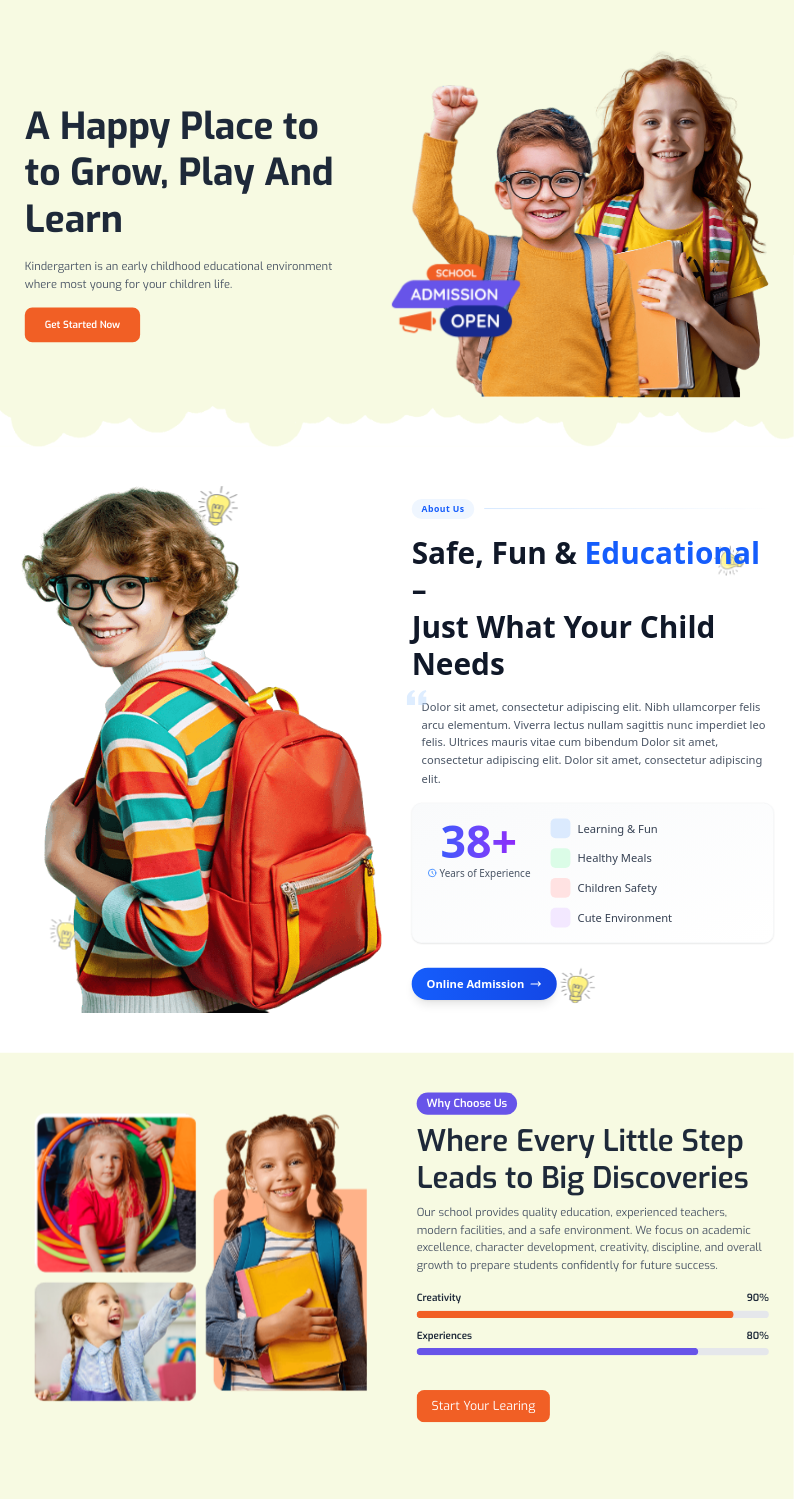
Repository: deepak445566/school
Page: / (app in okwork/)
These files come from the project's save history. The page is drawn as it stood at one moment and after a run of saves; the edit follows.
The browser window is 1280 px wide. The pictures show the whole page, at 62% of full size.
Some web fonts or font styles are not loaded; a fallback is used. The project was rebuilt for these pictures with package versions that can differ from the ones it lists, and the page was loaded fresh each time. Some packages were replaced by stand-ins written for this rebuild. Also part of the build but not shown: okwork/vite.config.js.

Above is the page before, as saved 2026-02-18 19:04:42.

### okwork/index.html
<!doctype html>
<html lang="en">
  <head>
    <meta charset="UTF-8" />
    <link rel="icon" type="image/svg+xml" href="/vite.svg" />
    <meta name="viewport" content="width=device-width, initial-scale=1.0" />
    <title>okwork</title>
    <link rel="preconnect" href="https://fonts.googleapis.com">
<link rel="preconnect" href="https://fonts.gstatic.com" crossorigin>
<link href="https://fonts.googleapis.com/css2?family=Abril+Fatface&family=Alan+Sans:wght@300..900&family=Big+Shoulders:opsz,wght@10..72,100..900&family=Exo+2:ital,wght@0,100..900;1,100..900&family=Exo:ital,wght@0,100..900;1,100..900&family=Montserrat:ital,wght@0,100..900;1,100..900&family=Orbitron:wght@400..900&family=Poppins:ital,wght@0,100;0,200;0,300;0,400;0,500;0,600;0,700;0,800;0,900;1,100;1,200;1,300;1,400;1,500;1,600;1,700;1,800;1,900&family=Prata&family=Rajdhani:wght@300;400;500;600;700&display=swap" rel="stylesheet">
  </head>
  <body>
    <div id="root"></div>
    <script type="module" src="/src/main.jsx"></script>
  </body>
</html>

### okwork/src/index.css
@import "tailwindcss";


.exo {
  font-family: "Exo", sans-serif;

  font-style: normal;
}

### okwork/src/App.jsx
import React from 'react'
import Home from './components/Home'
import About from './components/About'
import WhyChooseUs from './components/WhyChooseUs'

function App() {
  return (
    <>
    <Home/>
    <About/>
    <WhyChooseUs/>
    </>
  )
}

export default App

### okwork/src/components/Home.jsx
import React from "react";

const Home = () => {
  // Image URL - using a high-quality free image
  const imageUrl =
    "/images/hero1.png";
  const kalagiImageUrl = "/images/text.png";
  return (
    <div className="min-h-screen bg-[#F7FAE2] overflow-hidden exo relative ">
      {/* Main container - centered with responsive padding */}
      <div className="container mx-auto px-6 py-12 md:px-12 lg:px-10 min-h-screen flex items-center relative z-10">

        {/* Flex container: column on mobile, row on desktop */}
        <div className="flex flex-col md:flex-row items-center gap-12 lg:gap-5 w-full">

          {/* LEFT SECTION: 40% width */}
          <div className="w-full md:w-[45%] text-center md:text-left space-y-6 md:space-y-6">
            {/* Heading with gradient effect */}
            <h1 className="text-4xl text-gray-800 md:text-5xl lg:text-6xl font-bold leading-tight exo">
             A Happy Place to
              <br />
              <span className="text-gray-800">to Grow, Play And </span>
              <br />
              <span className="text-gray-800">   Learn</span>
            </h1>

            {/* Paragraph description */}
            <p className="text-lg md:text-lg text-gray-600 max-w-2xl mx-auto md:mx-0">
           Kindergarten is an early childhood educational environment where
most young for your children life.
            </p>

            {/* Button with hover effects */}
            <div className="flex justify-center md:justify-start">
              <button className="group relative px-8 py-4 bg-[#F15F25] text-white font-semibold rounded-xl float hover:shadow-xl hover:transform hover:-translate-y-1 transition-all duration-300 ease-in-out">
                <span className="relative z-10">Get Started Now</span>
              </button>
            </div>
          </div>

          {/* RIGHT SECTION: 60% width */}
          <div className="w-full md:w-[55%] flex justify-center md:justify-end">
            <div className="relative w-full max-w-md lg:max-w-xl ">
              {/* Main image */}
              <img
                src={imageUrl}
                alt="Team collaboration in modern workspace"
                className="relative z-10 w-full h-auto rounded-2xl object-cover "
              />
               <img
                src={kalagiImageUrl}
                alt="Decorative element"
                className="absolute bottom-0 left-7 lg:left-0 z-20 w-24 h-24 md:w-52 md:h-52 object-contain -translate-x-4 -translate-y-4 animate-bounce-slow"
              />
            </div>
          </div>
        </div>

      </div>
        <div className=" absolute bottom-0  z-1000">
          <img src="/images/hero-line.png" className="w-full"/>
        </div>

      {/* Add custom animation keyframes */}
       <style jsx>{`
        @keyframes blob {
          0% { transform: translate(0px, 0px) scale(1); }
          33% { transform: translate(30px, -50px) scale(1.1); }
          66% { transform: translate(-20px, 20px) scale(0.9); }
          100% { transform: translate(0px, 0px) scale(1); }
        }

        @keyframes float {
          0% {
            transform: translateY(0px);
          }
          50% {
            transform: translateY(-20px);
          }
          100% {
            transform: translateY(0px);
          }
        }

        @keyframes bounce-slow {
          0%, 100% {
            transform: translate(-1rem, -1rem) translateY(0);
          }
          50% {
            transform: translate(-1rem, -1rem) translateY(-20px);
          }
        }

        .animate-blob {
          animation: blob 7s infinite;
        }

        .animate-float {
          animation: float 6s ease-in-out infinite;
        }

        .animate-bounce-slow {
          animation: bounce-slow 4s ease-in-out infinite;
        }

        .animation-delay-2000 {
          animation-delay: 2s;
        }
      `}</style>
    </div>
  );
};

export default Home;

### okwork/src/components/About.jsx
import React from 'react';

// Import images at the top for easy path management


const About = () => {
  const bulbIcon =
    "/images/tubelight.png";
    const starIcon =
    "/images/tubelight.png";
    const aboutImage =
    "/images/about-1.png";
  return (
    <div className="max-w-7xl mx-auto px-4 sm:px-6 lg:px-8 py-12 md:py-16 relative">
      {/* Animated elements - increased size */}
      <div className="absolute top-20 left-1/4 animate-bounce">
        <img src={bulbIcon} alt="bulb" className="w-16 h-16 opacity-50" />
      </div>
      <div className="absolute bottom-20 right-1/4 animate-pulse">
        <img src={starIcon} alt="star" className="w-14 h-14 opacity-50" />
      </div>
      <div className="absolute top-40 right-20 animate-spin-slow">
        <img src={starIcon} alt="star" className="w-12 h-12 opacity-40" />
      </div>
      <div className="absolute bottom-40 left-20 animate-float">
        <img src={bulbIcon} alt="bulb" className="w-14 h-14 opacity-40" />
      </div>

      <div className="flex flex-col lg:flex-row gap-8 lg:gap-12 items-center relative z-10">
        {/* Left side - Image */}
        <div className="lg:w-1/2 w-full">
          <img
            src={aboutImage}
            alt="About Us"
            className="w-full h-auto rounded-lg object-cover "
          />
        </div>

        {/* Right side - Content */}
        <div className="lg:w-1/2 w-full space-y-6">
          {/* About Us Label with decorative line */}
          <div className="flex items-center gap-4">
            <span className="text-sm font-semibold text-blue-600 tracking-wider bg-blue-50 px-4 py-1.5 rounded-full">
              About Us
            </span>
            <div className="h-px flex-1 bg-gradient-to-r from-blue-200 to-transparent"></div>
          </div>

          {/* Main Heading */}
          <h1 className="font-helvetica text-4xl md:text-5xl font-bold text-gray-900 leading-tight">
            Safe, Fun & <span className="text-blue-600">Educational</span> –<br />
            Just What Your Child Needs
          </h1>

          {/* Description with quote icon */}
          <div className="relative">
            <svg className="absolute -top-4 -left-2 w-8 h-8 text-blue-200 opacity-50" fill="currentColor" viewBox="0 0 24 24">
              <path d="M14.017 21v-7.391c0-5.704 3.731-9.57 8.983-10.609l.995 2.151c-2.432.917-3.995 3.638-3.995 5.849h4v10h-9.983zm-14.017 0v-7.391c0-5.704 3.748-9.57 9-10.609l.996 2.151c-2.433.917-3.996 3.638-3.996 5.849h3.983v10h-9.983z" />
            </svg>
            <p className="text-gray-600 text-base md:text-lg leading-relaxed pl-4">
              Dolor sit amet, consectetur adipiscing elit. Nibh ullamcorper felis arcu elementum.
              Viverra lectus nullam sagittis nunc imperdiet leo felis. Ultrices mauris vitae cum
              bibendum Dolor sit amet, consectetur adipiscing elit. Dolor sit amet, consectetur
              adipiscing elit.
            </p>
          </div>

          {/* Stats and Features - Improved UI */}
          <div className="bg-gradient-to-br from-gray-50 to-white p-6 rounded-2xl border border-gray-100 shadow-sm">
            <div className="flex flex-wrap items-start gap-8">
              {/* Left side - 38+ Experience with improved styling */}
              <div className="flex-shrink-0 text-center">
                <div className="text-6xl md:text-7xl font-bold text-transparent bg-clip-text bg-gradient-to-r from-blue-600 to-purple-600">
                  38+
                </div>
                <div className="text-gray-600 mt-1 font-medium flex items-center gap-1">
                  <svg className="w-4 h-4 text-blue-500" fill="none" stroke="currentColor" viewBox="0 0 24 24">
                    <path strokeLinecap="round" strokeLinejoin="round" strokeWidth={2} d="M12 8v4l3 3m6-3a9 9 0 11-18 0 9 9 0 0118 0z" />
                  </svg>
                  Years of Experience
                </div>
              </div>

              {/* Right side - Features list with improved styling */}
              <div className="space-y-4 flex-1">
                {/* Learning & Fun */}
                <div className="flex items-center gap-3 group hover:translate-x-1 transition-transform duration-300">
                  <div className="w-8 h-8 bg-blue-100 rounded-lg flex items-center justify-center group-hover:bg-blue-200 transition-colors">

                  </div>
                  <span className="text-gray-700 text-lg font-medium">Learning & Fun</span>
                </div>

                {/* Healthy Meals */}
                <div className="flex items-center gap-3 group hover:translate-x-1 transition-transform duration-300">
                  <div className="w-8 h-8 bg-green-100 rounded-lg flex items-center justify-center group-hover:bg-green-200 transition-colors">

                  </div>
                  <span className="text-gray-700 text-lg font-medium">Healthy Meals</span>
                </div>

                {/* Children Safety */}
                <div className="flex items-center gap-3 group hover:translate-x-1 transition-transform duration-300">
                  <div className="w-8 h-8 bg-red-100 rounded-lg flex items-center justify-center group-hover:bg-red-200 transition-colors">

                  </div>
                  <span className="text-gray-700 text-lg font-medium">Children Safety</span>
                </div>

                {/* Cute Environment */}
                <div className="flex items-center gap-3 group hover:translate-x-1 transition-transform duration-300">
                  <div className="w-8 h-8 bg-purple-100 rounded-lg flex items-center justify-center group-hover:bg-purple-200 transition-colors">

                  </div>
                  <span className="text-gray-700 text-lg font-medium">Cute Environment</span>
                </div>
              </div>
            </div>
          </div>

          {/* Online Admission Link with improved styling */}
          <div className="pt-4">
            <a
              href="#"
              className="inline-flex items-center gap-2 text-lg font-semibold text-white bg-gradient-to-r from-blue-600 to-blue-700 hover:from-blue-700 hover:to-blue-800 px-6 py-3 rounded-full shadow-lg hover:shadow-xl transition-all duration-300 group"
            >
              Online Admission
              <svg className="w-5 h-5 group-hover:translate-x-1 transition-transform" fill="none" stroke="currentColor" viewBox="0 0 24 24">
                <path strokeLinecap="round" strokeLinejoin="round" strokeWidth={2} d="M17 8l4 4m0 0l-4 4m4-4H3" />
              </svg>
            </a>
          </div>
        </div>
      </div>

      {/* Add custom animations to your global CSS */}
      <style jsx>{`
        @keyframes spin-slow {
          from {
            transform: rotate(0deg);
          }
          to {
            transform: rotate(360deg);
          }
        }
        .animate-spin-slow {
          animation: spin-slow 8s linear infinite;
        }

        @keyframes float {
          0%, 100% {
            transform: translateY(0px);
          }
          50% {
            transform: translateY(-20px);
          }
        }
        .animate-float {
          animation: float 5s ease-in-out infinite;
        }
      `}</style>
    </div>
  );
};

export default About;

### okwork/src/components/WhyChooseUs.jsx
import React from "react";

const WhyChooseUs = () => {
  return (
    <div className="min-h-screen bg-[#F7FAE2] overflow-hidden exo py-16">
      <div className="container mx-auto px-6 md:px-12 lg:px-10">

        {/* Flex container: column on mobile, row on desktop */}
        <div className="flex flex-col md:flex-row items-center gap-12 lg:gap-16">

          {/* LEFT SECTION - Pinterest style 3 images */}
          <div className="w-full md:w-1/2">
            <div className="grid grid-cols-2 gap-4 lg:p-4">
              {/* Left column - 2 images stacked */}
              <div className="space-y-4">
                {/* Top left image */}
                <div className="relative overflow-hidden rounded-2xl transition-all duration-300 transform hover:-translate-y-1">
                  <img
                    src="/images/choose1.png" // Replace with your image path
                    alt="Pinterest style 1"
                    className="w-full h-64 object-cover"
                  />
                </div>

                {/* Bottom left image */}
                <div className="relative overflow-hidden rounded-2xl transition-all duration-300 transform hover:-translate-y-1">
                  <img
                    src="/images/choose2.jpg" // Replace with your image path
                    alt="Pinterest style 2"
                    className="w-full h-48 object-cover"
                  />
                </div>
              </div>

              {/* Right column - 1 tall image */}
              <div className="relative overflow-hidden rounded-2xl transition-all duration-300 transform hover:-translate-y-1 ">
                <img
                  src="/images/choose3.png" // Replace with your image path
                  alt="Pinterest style 3"
                  className="w-full h-[28rem] object-cover"
                />
              </div>
            </div>
          </div>

          {/* RIGHT SECTION - Content (same as before) */}
          <div className="w-full md:w-1/2 space-y-3 exo">
            {/* Small heading */}
            <h2 className="text-white bg-[#6754E9] rounded-4xl w-fit  text-lg  px-4  py-1 font-semibold ">
              Why Choose Us
            </h2>

            {/* Main heading */}
            <h1 className="text-3xl md:text-4xl lg:text-5xl font-semibold text-gray-800 leading-tight">
              Where Every Little Step <br />
              Leads to Big Discoveries
            </h1>

            {/* Description */}
            <p className="text-gray-600 text-base md:text-lg max-w-2xl ">
             Our school provides quality education, experienced teachers, modern facilities, and a safe environment. We focus on academic excellence, character development, creativity, discipline, and overall growth to prepare students confidently for future success.
            </p>

            {/* Early Learning section */}
            <div className="space-y-4 pt-4">


              {/* Progress bars */}
              <div className="space-y-4 pt-">
                {/* Creativity */}
                <div className="space-y-2">
                  <div className="flex justify-between items-center">
                    <span className="text-gray-800 font-semibold">Creativity</span>
                    <span className="text-gray-800 font-semibold">90%</span>
                  </div>
                  <div className="w-full h-3 bg-gray-200 rounded-full overflow-hidden">
                    <div
                      className="h-full bg-[#F15F25] rounded-full"
                      style={{ width: '90%' }}
                    ></div>
                  </div>
                </div>

                {/* Experiences */}
                <div className="space-y-2">
                  <div className="flex justify-between items-center">
                    <span className="text-gray-800 font-semibold">Experiences</span>
                    <span className="text-gray-800 font-semibold">80%</span>
                  </div>
                  <div className="w-full h-3 bg-gray-200 rounded-full overflow-hidden">
                    <div
                      className="h-full bg-[#6754E9] rounded-full"
                      style={{ width: '80%' }}
                    ></div>
                  </div>
                </div>
              </div>
               <button className="group relative px-6 py-3 bg-[#F15F25] text-xl text-white  rounded-xl float hover:shadow-xl hover:transform hover:-translate-y-1 transition-all duration-300 ease-in-out mt-10">
                <span className="relative z-10">Start Your Learing</span>
              </button>
            </div>
          </div>
        </div>
      </div>
    </div>
  );
};

export default WhyChooseUs;

Loaded but not shown: okwork/src/main.jsx (common file)

After the next 4 saves:
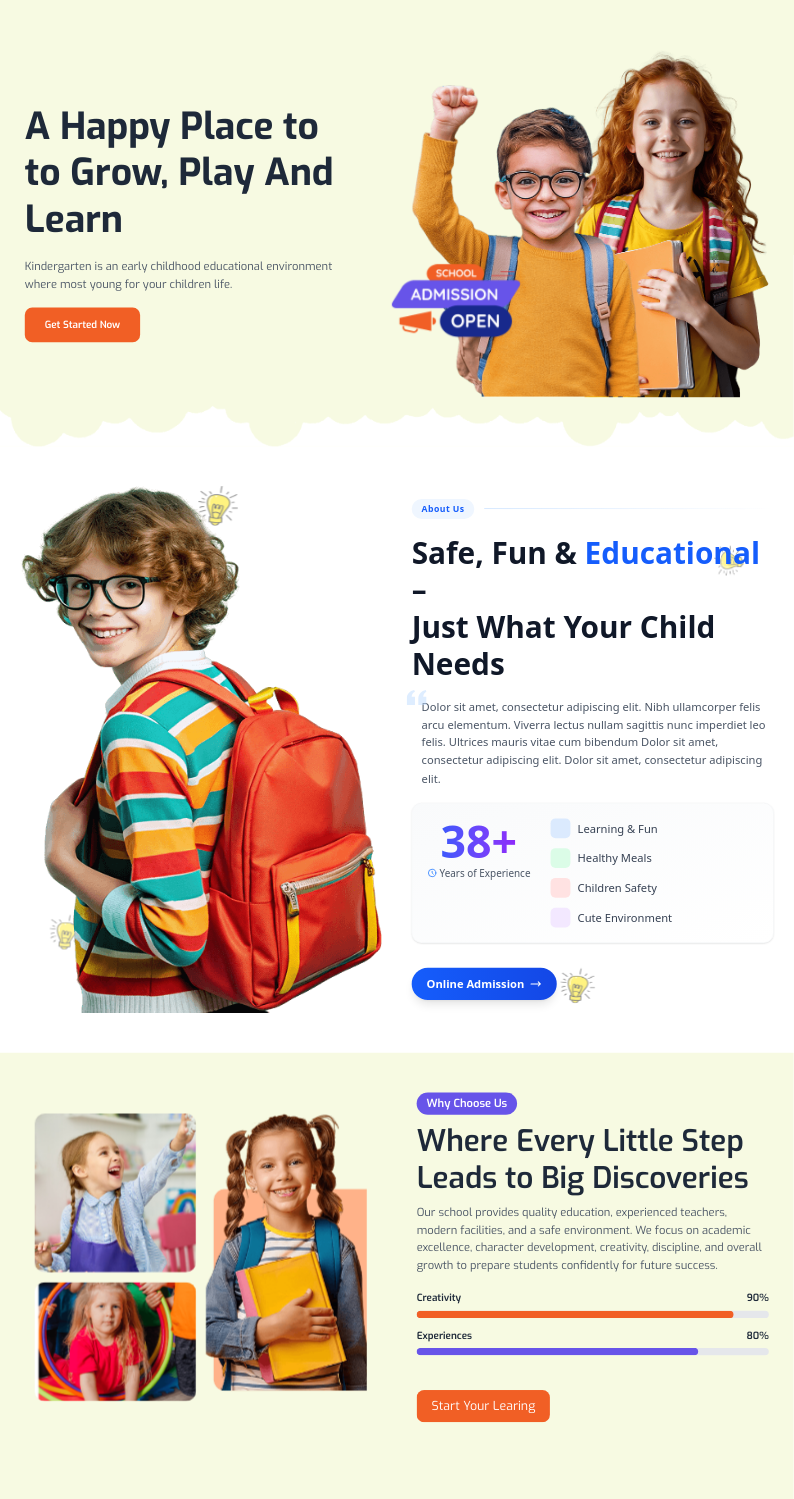
The 4 saves are shown as one change because they came seconds apart.
The last was saved 57 s later.
--- a/okwork/src/components/WhyChooseUs.jsx
+++ b/okwork/src/components/WhyChooseUs.jsx
@@ -16,7 +16,7 @@ const WhyChooseUs = () => {
                 {/* Top left image */}
                 <div className="relative overflow-hidden rounded-2xl transition-all duration-300 transform hover:-translate-y-1">
                   <img
-                    src="/images/choose1.png" // Replace with your image path
+                    src="/images/choose2.jpg" // Replace with your image path
                     alt="Pinterest style 1"
                     className="w-full h-64 object-cover"
                   />
@@ -25,7 +25,7 @@ const WhyChooseUs = () => {
                 {/* Bottom left image */}
                 <div className="relative overflow-hidden rounded-2xl transition-all duration-300 transform hover:-translate-y-1">
                   <img
-                    src="/images/choose2.jpg" // Replace with your image path
+                    src="/images/choose1.png" // Replace with your image path
                     alt="Pinterest style 2"
                     className="w-full h-48 object-cover"
                   />
